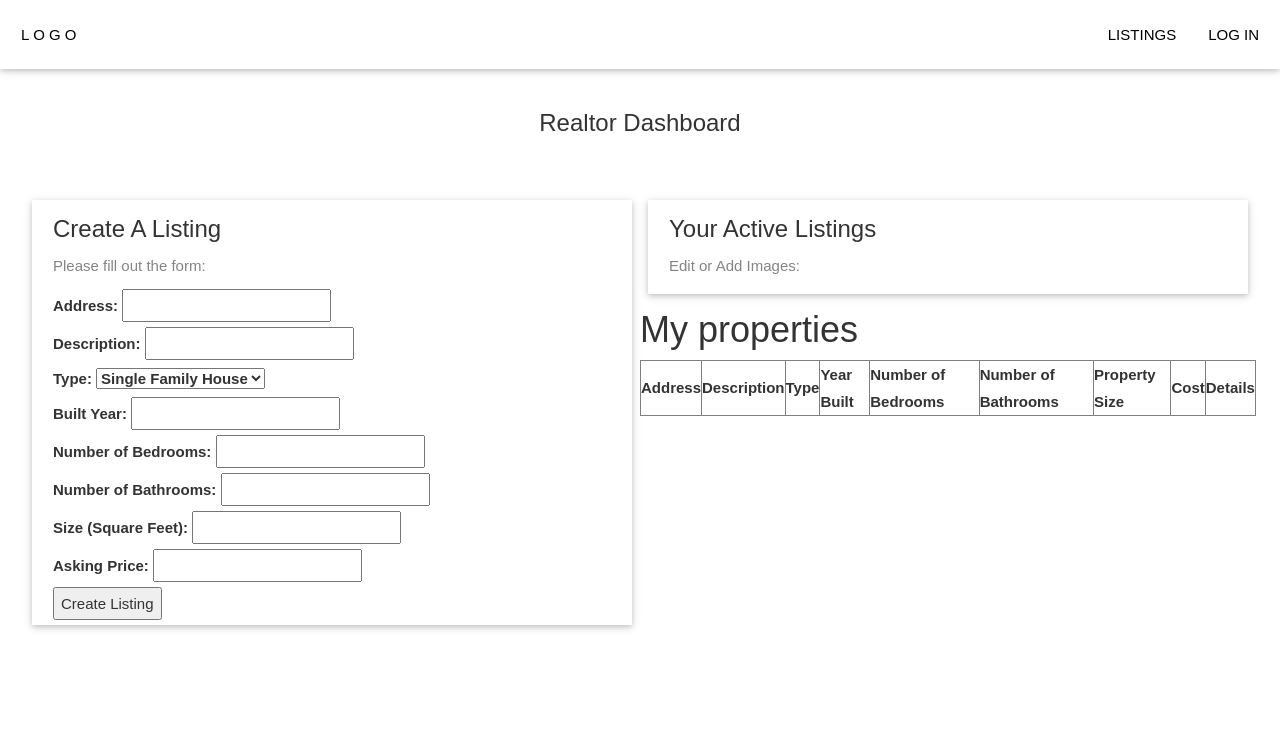
Repository: rickytorrez/test
Page: http://localhost/dcHome/WEB-INF/realtor.jsp
The author's editor kept a copy of each file at every save. The page is drawn from the files as they stood at one save, then again after the next save.
The browser window is 1280 px wide. The pictures show the whole page.
Some web fonts or font styles are not loaded; a fallback is used. The page is served by Tomcat 9. Nobody is signed in. The template is opened directly, without the code that normally fills it, so the values that code supplies are empty.

Above is the page before, as saved 2018-06-04 15:49:30.

After the next save:
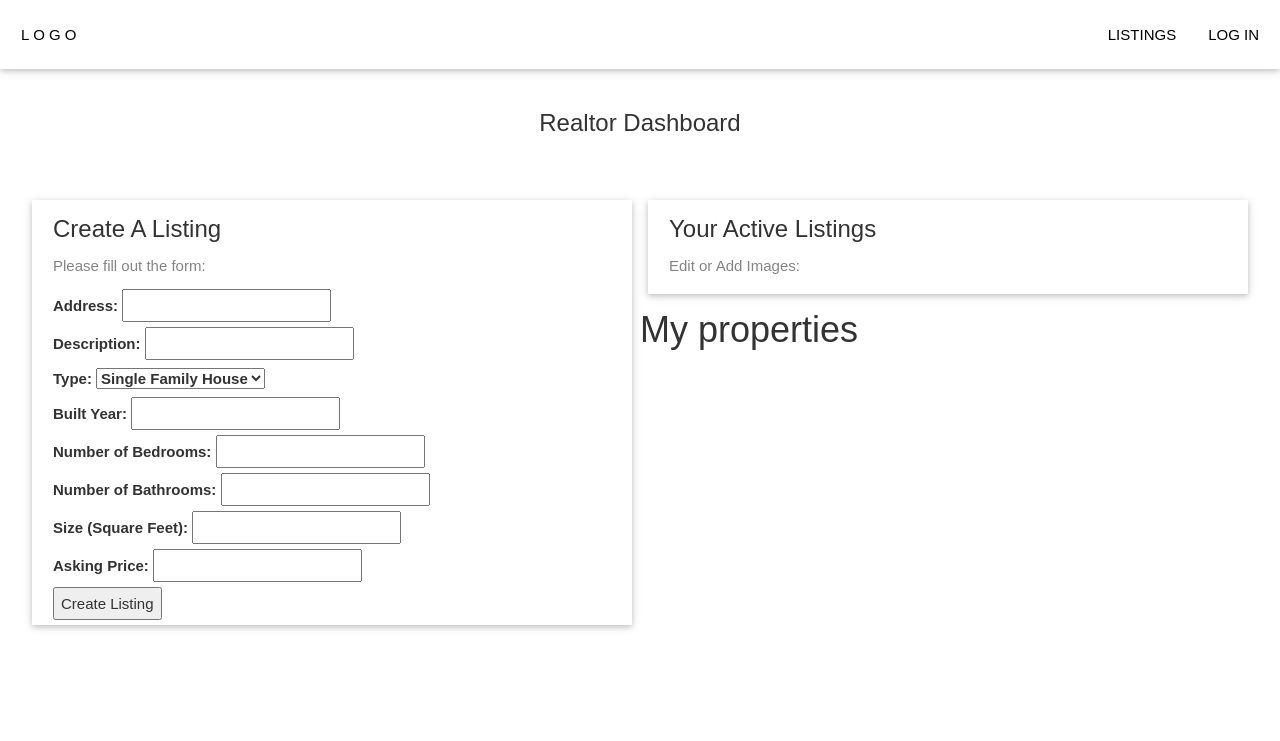
Saved 4 s later.
--- a/dcHome/src/main/webapp/WEB-INF/realtor.jsp
+++ b/dcHome/src/main/webapp/WEB-INF/realtor.jsp
@@ -143,17 +143,7 @@
 
 		<h1>My properties</h1>
 					<table border="1px">
-				<tr>
-					<th>Address</th>
-					<th>Description</th>
-					<th>Type</th>
-					<th>Year Built</th>
-					<th>Number of Bedrooms</th>
-					<th>Number of Bathrooms</th>
-					<th>Property Size</th>
-					<th>Cost</th>
-					<th>Details</th>
-				</tr>
+
 				<c:forEach items="${user.listings}" var="listing">
 				<tr>
 					<td>Address: ${ listing.address }</td>
